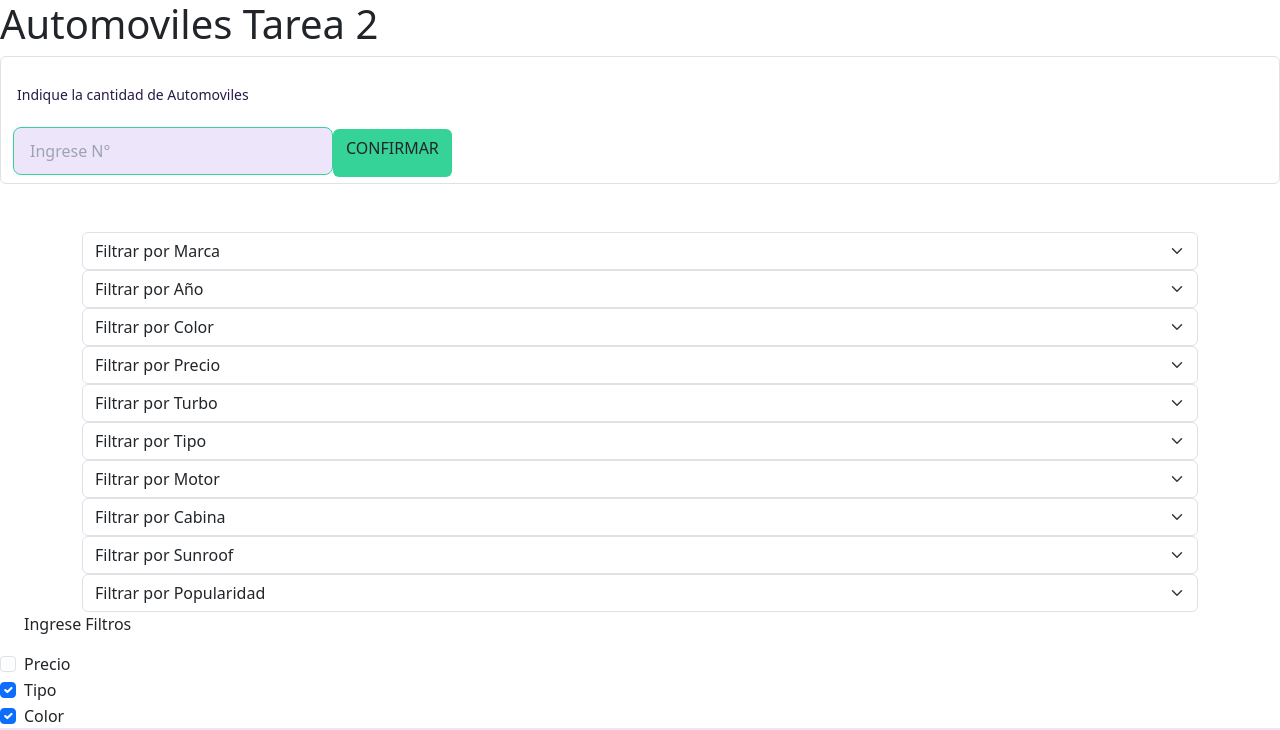
Repository: Claudioxs/Tarea2
Page: /automovil (app in FrontEnd/vue-project/)
An editor plug-in stored every save of this project. The page is shown before and after the next save, followed by the edit.
The browser window is 1280 px wide. The pictures show the whole page.
The project was rebuilt for these pictures with package versions that can differ from the ones it lists, and the page was loaded fresh each time. Also part of the build but not shown: FrontEnd/vue-project/vite.config.js, FrontEnd/vue-project/src/components/HelloWorld.vue.

Above is the page before, as saved 2023-05-22 22:55:09.

### FrontEnd/vue-project/src/main.js


import { createApp } from 'vue'
import App from './App.vue'
import router from './router'
import './style.css'
import 'bootstrap/dist/css/bootstrap.css'
import bootstrap from 'bootstrap/dist/js/bootstrap.bundle.js'

const app = createApp(App)

app.use(router,bootstrap)

app.mount('#app')

### FrontEnd/vue-project/src/App.vue
<script setup>
import { RouterLink, RouterView } from 'vue-router'
import HelloWorld from './components/HelloWorld.vue'
</script>

<template>

  <RouterView />
</template>

<style scoped>

</style>

### FrontEnd/vue-project/src/router/index.js
import { createRouter, createWebHistory } from 'vue-router'

import Automovil from '../views/Automovil.vue'

const router = createRouter({
  history: createWebHistory(import.meta.env.BASE_URL),
  routes: [

    {
      path: '/automovil',
      name: 'automovil',
      component: Automovil
    }
  ]
})

export default router

### FrontEnd/vue-project/src/views/Automovil.vue
<template>



<h1 >Automoviles Tarea 2</h1>

<div class="form-control ">
  <label class="label">
    <span class="label-text">Indique la cantidad de Automoviles </span>
    <br><br>

  </label>
  <input type="number" placeholder="Ingrese N°" class="input input-bordered input-success w-full max-w-xs" />
    <label for="ModalBorrar"  @click="crearAutomovil(label-text)" class="btn" style="background-color: #36D399">Confirmar</label>

</div>
<br><br>
<div class="container">
<select class="form-select" aria-label="Default select example" aria-expanded="false">
  <option selected>Filtrar por Marca</option>
  <option value="1">Marca</option>
  <option value="2">Año</option>

</select>
<select class="form-select" aria-label="Default select example">
  <option selected>Filtrar por Año</option>
  <option value="1">Marca</option>
  <option value="2">Año</option>

</select>
<select class="form-select" aria-label="Default select example">
  <option selected>Filtrar por Color</option>
  <option value="1">Marca</option>
  <option value="2">Año</option>

</select>
<select class="form-select" aria-label="Default select example">
  <option selected>Filtrar por Precio</option>
  <option value="1">Marca</option>
  <option value="2">Año</option>

</select>
<select class="form-select" aria-label="Default select example">
  <option selected>Filtrar por Turbo</option>
  <option value="1">Marca</option>
  <option value="2">Año</option>

</select>
<select class="form-select" aria-label="Default select example">
  <option selected>Filtrar por Tipo</option>
  <option value="1">Marca</option>
  <option value="2">Año</option>

</select>
<select class="form-select" aria-label="Default select example">
  <option selected>Filtrar por Motor</option>
  <option value="1">Marca</option>
  <option value="2">Año</option>

</select>
<select class="form-select" aria-label="Default select example">
  <option selected>Filtrar por Cabina</option>
  <option value="1">Marca</option>
  <option value="2">Año</option>

</select>
<select class="form-select" aria-label="Default select example">
  <option selected>Filtrar por Sunroof</option>
  <option value="1">Marca</option>
  <option value="2">Año</option>

</select>
<select class="form-select" aria-label="Default select example">
  <option selected>Filtrar por Popularidad</option>
  <option value="1">Marca</option>
  <option value="2">Año</option>

</select>
</div>

<div class="form-check">
    <p class="text-start">Ingrese Filtros</p>

  <input class="form-check-input" type="checkbox" value="" id="flexCheckDefault">
  <label class="form-check-label" for="flexCheckDefault">
  Precio
  </label>
</div>
<div class="form-check">
  <input class="form-check-input" type="checkbox" value="" id="flexCheckChecked" checked>
  <label class="form-check-label" for="flexCheckChecked">
    Tipo
  </label>
</div>
  <div class="form-check">
  <input class="form-check-input" type="checkbox" value="" id="flexCheckColor" checked>
  <label class="form-check-label" for="flexCheckColor">
    Color
  </label>
</div>


</template>

<style>
.container{
   margin-left: 5px;
   padding-right: 900px;

}

</style>

<script>
import axios from 'axios'

export default {

  data: () => ({


  }),

  methods: {

    cearAutomovil(cant){
     axios({
       method: "GET",
       url: "http://localhost:8080/automovil/generate?cantidad="+cant,

       }).then((res) => {
        alert(
         "Automoviles creados"
        )
       }).catch((err) => console.log(err));
    },

    //filtramos por color
    filtrarColor(col){
      axios({
       method: "GET",
       url: "http://localhost:8080/automovil/buscarPorColor?color="+col,

       }).then((res) => {
        alert(
         "Periodo Añadido correctamente a asignatura"
        )
       }).catch((err) => console.log(err));
    }
   }

}

</script>

### FrontEnd/vue-project/tailwind.config.js
/** @type {import('tailwindcss').Config} */
module.exports = {
  daisyui: {
    themes: [
      {
        mytheme: {

            "primary": "#1D0027",

            "secondary": "#A181E2",

            "accent": "#37CDBE",

            "neutral": "#D9D9D9",

            "base-100": "#EDE6FA",

            "info": "#3ABFF8",

            "success": "#36D399",

            "warning": "#FBBD23",

            "error": "#F87272",
        },
      },
    ],
  },
  content: ["./index.html","./src/**/*.{vue,js,ts,jsx,tsx}"],
  theme: {
    extend: {},
  },
  plugins: [require("daisyui")],
}

Loaded but not shown: FrontEnd/vue-project/index.html (common file); FrontEnd/vue-project/src/style.css (common file)

After the next save:
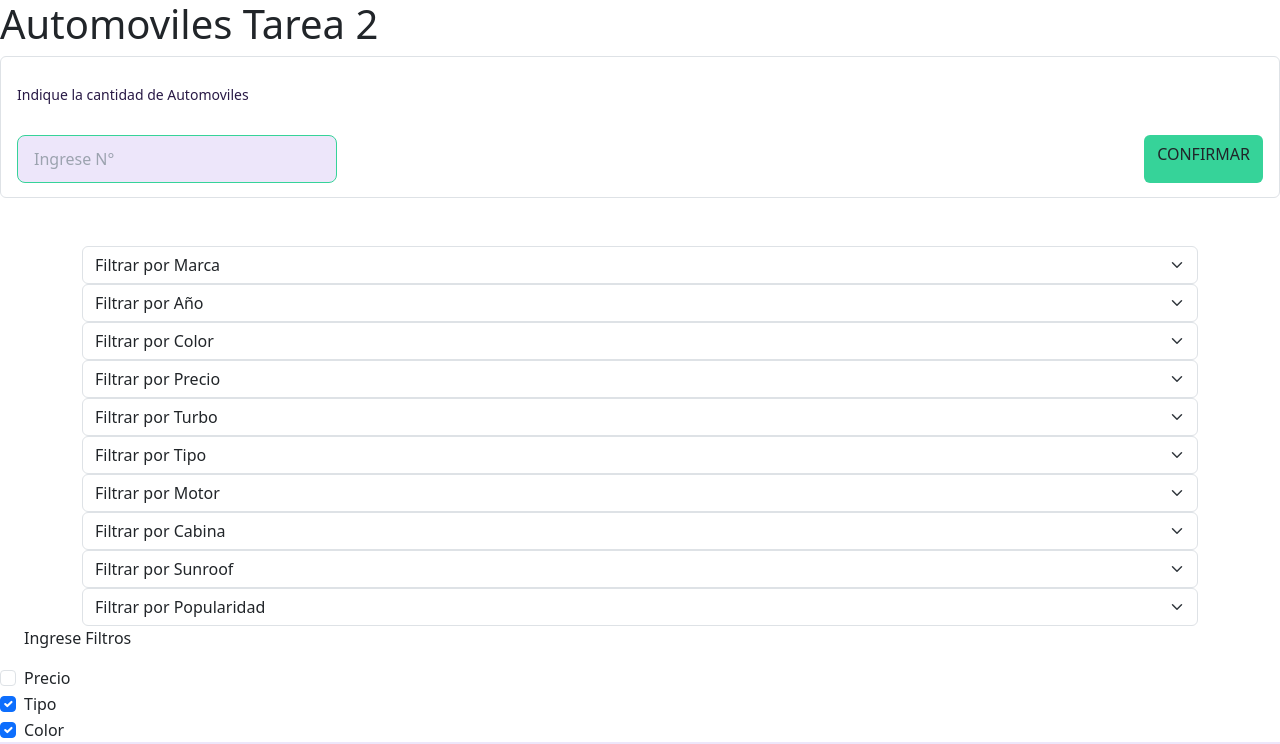
Saved 83 s later.
--- a/FrontEnd/vue-project/src/views/Automovil.vue
+++ b/FrontEnd/vue-project/src/views/Automovil.vue
@@ -10,9 +10,10 @@
     <br><br>
 
   </label>
+  <label class="label">
   <input type="number" placeholder="Ingrese N°" class="input input-bordered input-success w-full max-w-xs" />
     <label for="ModalBorrar"  @click="crearAutomovil(label-text)" class="btn" style="background-color: #36D399">Confirmar</label>
-
+  </label>
 </div>
 <br><br>
 <div class="container">

After the save that followed:
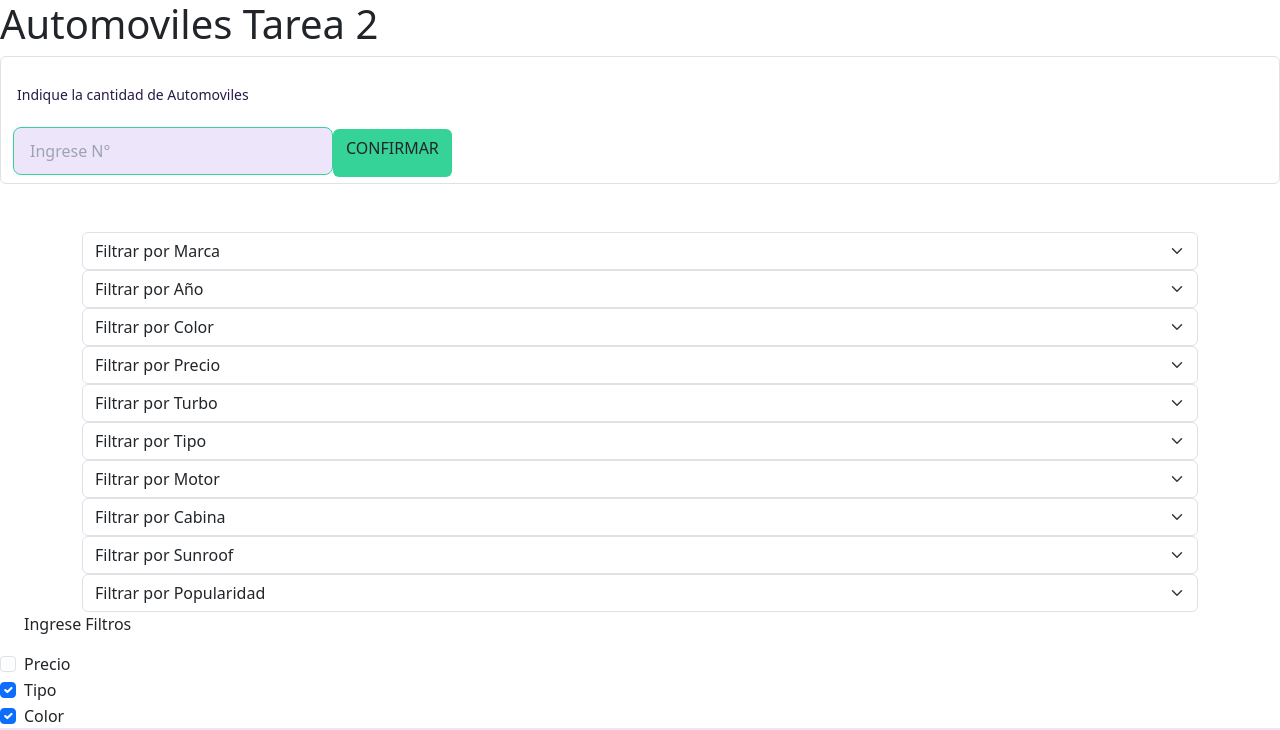
Saved 42 s later.
--- a/FrontEnd/vue-project/src/views/Automovil.vue
+++ b/FrontEnd/vue-project/src/views/Automovil.vue
@@ -10,10 +10,10 @@
     <br><br>
 
   </label>
-  <label class="label">
+
   <input type="number" placeholder="Ingrese N°" class="input input-bordered input-success w-full max-w-xs" />
     <label for="ModalBorrar"  @click="crearAutomovil(label-text)" class="btn" style="background-color: #36D399">Confirmar</label>
-  </label>
+
 </div>
 <br><br>
 <div class="container">
